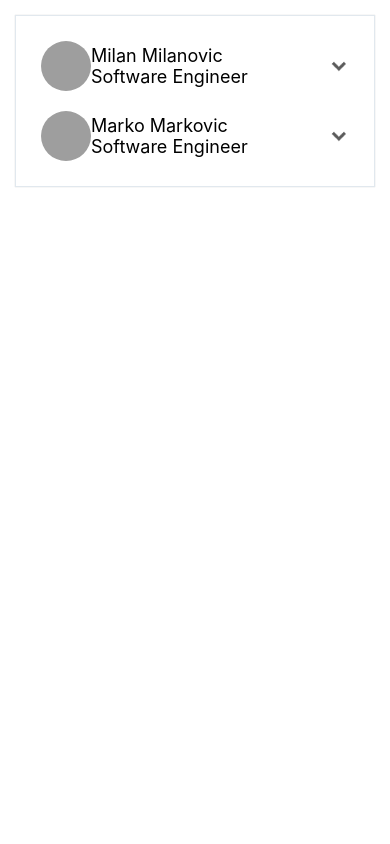
Repository: likanbl/intern-feature
Screen: /
These files come from the project's save history. The screen is drawn as it stood at one moment and after the next save; the edit follows.
Pictures or frames that could not be fetched are drawn as grey boxes. The app was drawn by React Native's web renderer in a window 390 px wide. The project was rebuilt for these pictures with package versions that can differ from the ones it lists, and the page was loaded fresh each time.

Above is the screen before, as saved 2019-09-13 11:29:39.

After the next save:
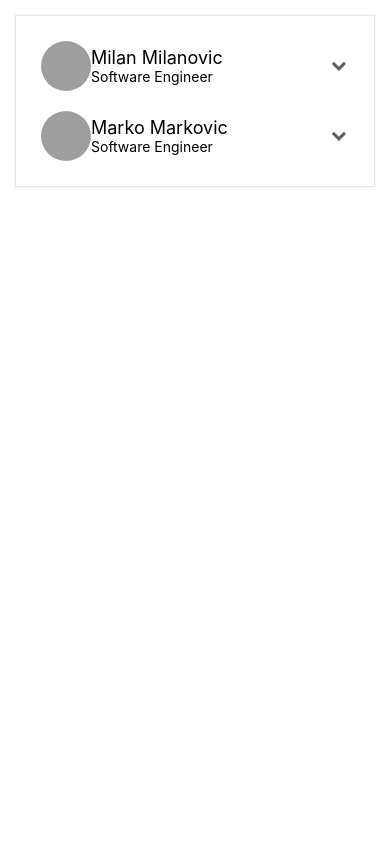
Saved 60 s later.
--- a/src/components/home/HomeItem.js
+++ b/src/components/home/HomeItem.js
@@ -47,7 +47,7 @@ class HomeItem extends Component {
             />
             <View style={styles.nameRole}>
               <Text style={styles.title}>{this.props.item.Name}</Text>
-              <Text style={styles.title}>{this.props.item.role}</Text>
+              <Text style={styles.role}>{this.props.item.role}</Text>
             </View>
             <Image
               source={isSelected ? images.close : images.expand}
